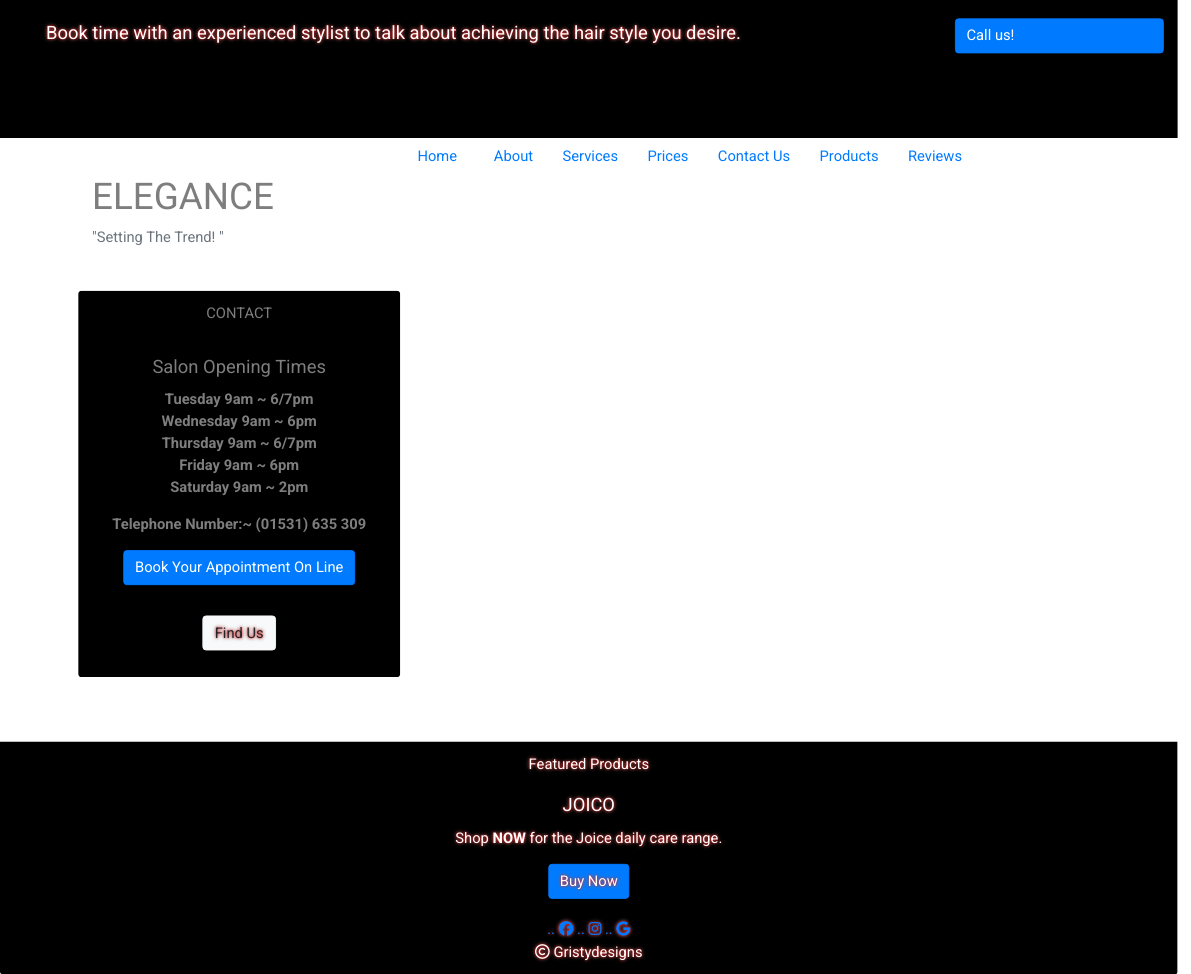
Repository: Gristydesigns/elegance-salon
Page: contact.html
The author's editor kept a record of every edit. The page is drawn from the files as they stood at one moment, then again after the next edit.
The browser window is 1280 px wide. The page is 1295 px wide, so the pictures cover 1295 px, including what lies to the right of the window. The pictures show the whole page, at 92% of full size.
Some web libraries are served in a nearby version.

Above is the page before.
Console error: TypeError: Cannot read properties of undefined (reading 'fn')

### contact.html
<!-- Contact Page------------------------->
<!DOCTYPE html>
<html lang="en">
<!--Head------------------------->

<head>
    <meta charset="UTF-8">
    <meta name="viewport" content="width=device-width, initial-scale=1.0">
    <meta http-equiv="X-UA-Compatible" content="ie=edge">
    <link rel="stylesheet" href="https://stackpath.bootstrapcdn.com/bootstrap/4.3.1/css/bootstrap.min.css" integrity="sha384-ggOyR0iXCbMQv3Xipma34MD+dH/1fQ784/j6cY/iJTQUOhcWr7x9JvoRxT2MZw1T" crossorigin="anonymous">
    <script src="https://stackpath.bootstrapcdn.com/bootstrap/4.3.1/js/bootstrap.min.js" integrity="sha384-JjSmVgyd0p3pXB1rRibZUAYoIIy6OrQ6VrjIEaFf/nJGzIxFDsf4x0xIM+B07jRM" crossorigin="anonymous"></script>
    <link href="https://fonts.googleapis.com/css?family=Roboto:400,700&display=swap" rel="stylesheet">
    <script src="https://kit.fontawesome.com/d13d47f9ca.js"></script>
    <link rel="stylesheet" href="assets/css/style.css" type="text/css" />
    <title>Elegance Hair Salon Ledbury</title>
</head>
<!--End------------------------->

<body>
    <header>
        <!--callout--------------->
        <section class="container-fluid call-to-action">
            <div class="row">
                <div class="col-12 ">
                    <button class="btn-spinner-grow btn-spinner-grow-sm btn btn-primary btn-md float-right role=" button " >Call us!<a href="tel:+44-1531-635-309 ">+44 (01531) 635-309</a></button>
                <p class="lead ">Book time with an experienced stylist  to talk about achieving the hair style you desire.</p>
                </div>
            </div>
        </section>
        <!--End------------------------->
        <!--Nav Bar--------------------->
        <section class="container-nav nav-bar ">
            <div class="row ">
                <div class="col-12 col-md-10 ">
                    <div class="nav navbar-light bg-light navbar-expand-sm nav-position left>
                    <a href=" # " class="navbar-salon "></a>
                    <button class="navbar-toggler mr-auto " type="button " data-toggle="collapse " data-target="#navbarNavDropdown " aria-controls="navbarNavDropdown " aria-expanded="false " aria-label="Toggle navigation ">
                                <span class="navbar-toggler-icon "></span></button>
                    <div class="collapse navbar-collapse " id="navbarNavDropdown ">

                        <ul class="nav nav-pills ml-auto ">
                            <li class="active nav-item mr-2 "><a class="nav-link Home " href="index.html ">Home</a>
                                <li class="nav-item "><a class="nav-link About " href="about.html ">About</a>
                                    <li class="nav-item "><a class="nav-link Services " href="services.html ">Services</a>
                                        <li class="nav-item "><a class="nav-link Prices " href="prices.html ">Prices</a>
                                            <li class="nav-item "><a class="nav-link Contact us " href="contact.html ">Contact Us</a>
                                                <li class="nav-item "><a class="nav-link Products " href="products.html ">Products</a>
                                                    <li class="nav-item "><a class="nav-link Reviews " href="reviews.html ">Reviews</a>
                        </ul>
                    </div>
                </div>
            </div>
            </div>
            </div>
            </div>

            <!--logo------------------------->
            <section class="container logo ">
                <div class=" col-12 col-md-4 ">
                    <h1>ELEGANCE</h1>
                    <p class="text-muted "><medium>"Setting The Trend! "</medium></p>
                </div>
                </div>
            </section>
            <!--End------------------------->
    </header>
    <!--End------------------------------>
    <!--feature space---------------------->
    <section class="headliners">
        <div class="container contact-card ">
    <!--feature article 1---------------------->
            <div class="row ">
                <div class="col-12 col-sm-4">


          <div class="card text-center">
  <div class="card-header">
    CONTACT
  </div>
  <div class="card-body">
         <h5 class="card-title">Salon Opening Times</h5>
    <p class="card-text"><strong>Tuesday 9am ~ 6/7pm</br>
                        Wednesday 9am ~ 6pm</br>
                        Thursday 9am ~ 6/7pm</br>
                        Friday 9am ~ 6pm</br>
                        Saturday 9am ~ 2pm</p></strong>
     <p class="card-text"><strong>Telephone Number:~ (01531) 635 309</p></strong>
    <a href=""https://elegance-hair-salon-hair-salon.business.site/" class="btn btn-primary">Book Your Appointment On Line</a>
  </div>
  <div class="card-footer text-muted">
    <p><a class="btn btn-md btn-light " href="https://elegance-hair-salon-hair-salon.business.site/ ">Find Us</a></p>
  </div>
</div>

    </section>
    <!--End------------------------->
    <!--footer---------------------->
    <footer>
        <section class="card-footer ">
            <div class="container-fluid footer ">
                Featured Products
            </div>
            <div class="card-body ">
                <h5 class="card-title ">JOICO</h5>
                <p class="card-text ">Shop <strong>NOW</strong> for the Joice daily care range.</p>
                <a href="https://my-salon.shop/?salonname=Elegance&salonlocation=Ledbury " class="btn btn-primary ">Buy Now</a>
            </div>
            <div class="card">
                <div class "row  ">
                    <div class="col-12 ">
                         <a href="https://www.facebook.com/EleganceLedbury/">..
            <i class="fab fa-facebook"></i></a>
            <a href="https://www.instagram.com/eleganceledbury/">..
            <i class="fab fa-instagram "></i></a>
            <a href="https://elegance-hair-salon-hair-salon.business.site">..
            <i class=" fab fa-google"></i></a>
                    </div>
                </div>
            </div>
            <div class "row ">
                <div class="col-12 ">
                    <i class="far fa-copyright " 2019 Gristydesigns ">
                        </i>
                        Gristydesigns
                    </div>
                </div>
        </section>
        </footer>
        <script src="https://stackpath.bootstrapcdn.com/bootstrap/4.3.1/js/bootstrap.min.js " integrity="sha384-JjSmVgyd0p3pXB1rRibZUAYoIIy6OrQ6VrjIEaFf/nJGzIxFDsf4x0xIM+B07jRM " crossorigin="anonymous "></script>
        <script src="https://code.jquery.com/jquery-3.3.1.slim.min.js " integrity="sha384-q8i/X+965DzO0rT7abK41JStQIAqVgRVzpbzo5smXKp4YfRvH+8abtTE1Pi6jizo " crossorigin="anonymous "></script>
        <script src="https://cdnjs.cloudflare.com/ajax/libs/popper.js/1.14.7/umd/popper.min.js " integrity="sha384-UO2eT0CpHqdSJQ6hJty5KVphtPhzWj9WO1clHTMGa3JDZwrnQq4sF86dIHNDz0W1 " crossorigin="anonymous "></script>
</body>

</html>
<!--End------------------------->

### assets/css/style.css
@import url('https://fonts.googleapis.com/css?family=Roboto&display=swap 100,200,300,400,500,600,700|Exo 100,200,300,400,500,600,700');
/*---------------------------------colors */

body {
   font-family: 'Roboto', sans-serif;
   background-image: url(../image/services-pic2.jpg) no-repeat bottom right fixed;
  margin-left: 0;
  margin-right: 0;
  -webkit-background-size: cover;
  -moz-background-size: cover;
  -o-background-size: cover;
  background-size: cover;

}
/*---------------------------------call out */

.call-to-action {
    height:150px;
    width: 100%;
    background-color: black;
    font-size:20px;
    font-weight: 600px;
    color: #fff;
    text-align: left;
    padding-left:50px;
    padding-top: 20px;
    bottom:5px;
    text-shadow: 0 0 3px #FF0000, 0 0 5px #7e7e7e
   }

   .button {
       padding-top:5;
       padding-bottom:20px;
       padding-left: 5px;
      }
/*---------------------------------nav-container */
.navbar-collapse {
 background-color: #fff;
 padding-left:10px;
 }
.nav-bar {

}

/*---------------------------------Logo */
.logo {
    color:#7e7e7e;
    font-weight: 900px;
    text-shadow: 2px 2px 4px #25292A
    justify-content: left;
    padding-bottom: 30px;
    }
 /*---------------------------------headliner */
 .headliner {
     color:#272B2B;
     justify-content: center;
 }
 .blockquote {
     padding-left: 5px;
     padding-right: 5px;
     color: #7e7e7e;

 }
  /*---------------------------------feature space */
.media {
    height: 300px;
    flex: nowrap;
    width: 300px;
    text-align: right;
    float: left;

 }

.img-fluid {
    max-width: 75%;
    height: auto;
    padding-bottom: 5px;
    padding-right: 20px;

}

   /*---------------------------------Footer */
.card-footer {
    text-align: center;
    background-color: black;
    border-top: 1px solid rgba(0,0,0,.125);
    color: #fff;
    text-shadow: 0 0 3px #FF0000, 0 0 5px #7e7e7e

}
 .card-header {
    background-color: black;
    color:#7e7e7e;
   display: -moz-inline;
}

 .prices {
 color: #7e7e7e;
 background:black;
 padding-bottom: 30px;
 margin: 5px;
}
 /*---------------------------------contact card */
.contact-card {

   padding-bottom: 70px;
   color:#7e7e7e
}
.card {
    background-color: black;
}

After the next edit:
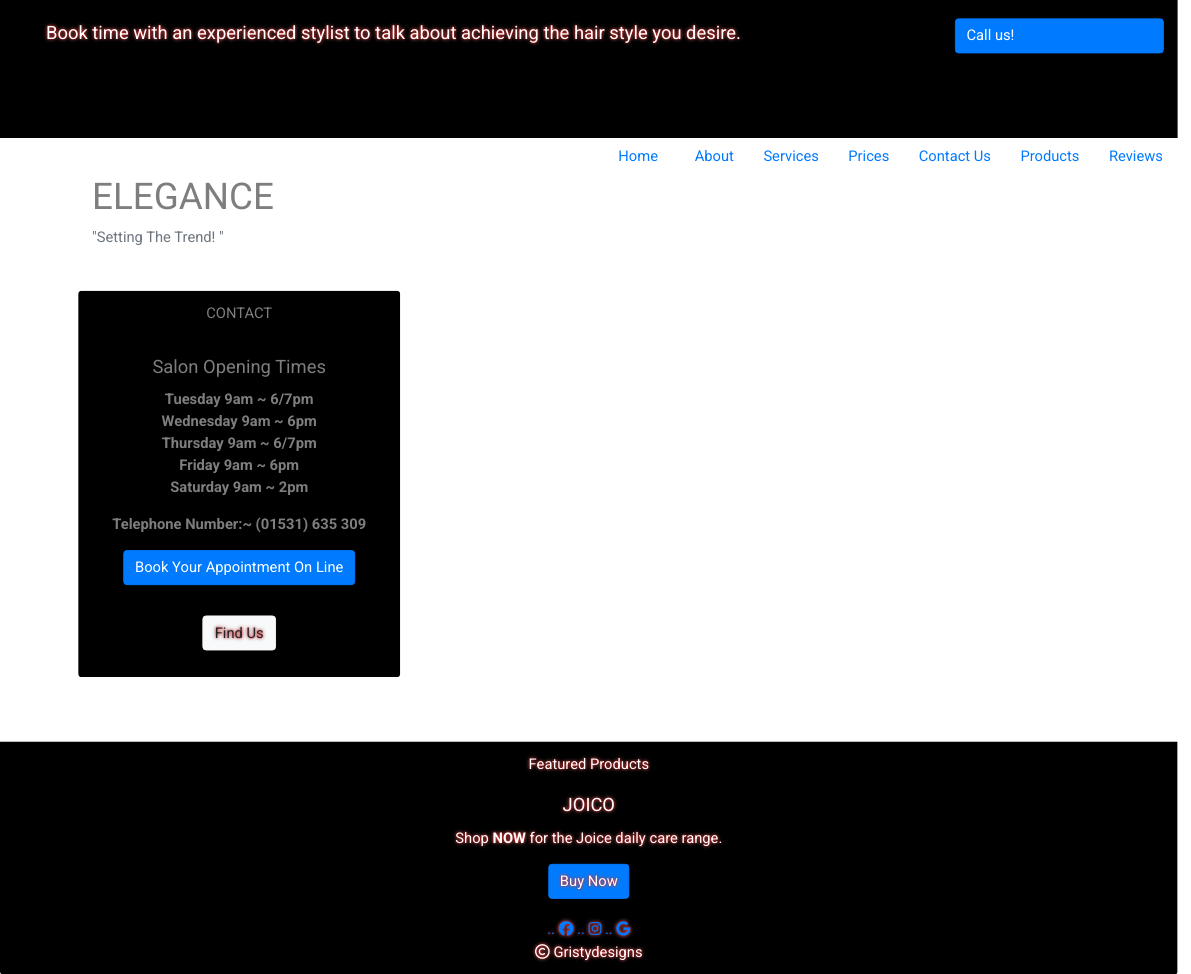
The edit:
--- a/contact.html
+++ b/contact.html
@@ -31,7 +31,7 @@
         <!--Nav Bar--------------------->
         <section class="container-nav nav-bar ">
             <div class="row ">
-                <div class="col-12 col-md-10 ">
+                <div class="col-12  ">
                     <div class="nav navbar-light bg-light navbar-expand-sm nav-position left>
                     <a href=" # " class="navbar-salon "></a>
                     <button class="navbar-toggler mr-auto " type="button " data-toggle="collapse " data-target="#navbarNavDropdown " aria-controls="navbarNavDropdown " aria-expanded="false " aria-label="Toggle navigation ">
